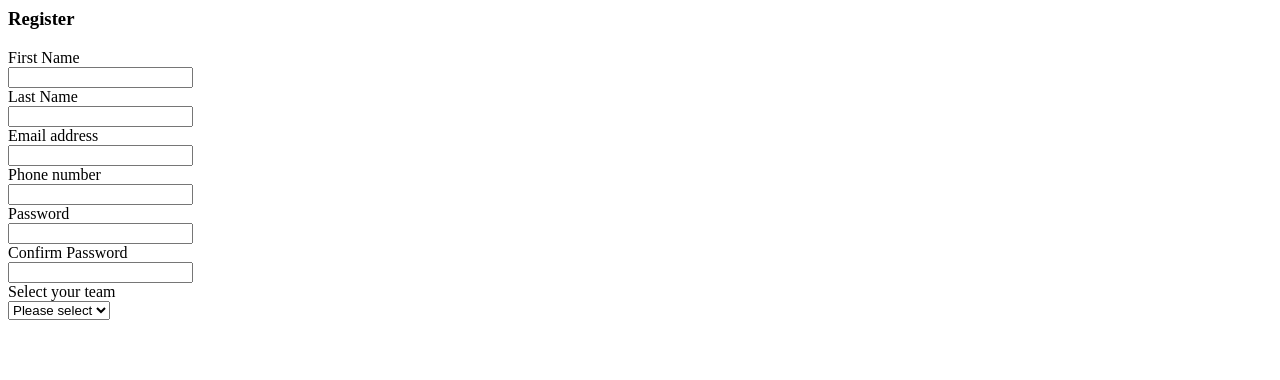
Repository: rahulravindran2709/TreasureHunt
Page: public/partials/registration-page.tmpl.html
The author's editor kept a record of every edit. The page is drawn from the files as they stood at one moment, then again after the next edit.
The browser window is 1280 px wide. The pictures show the whole page.

Above is the page before.

After the next edit:
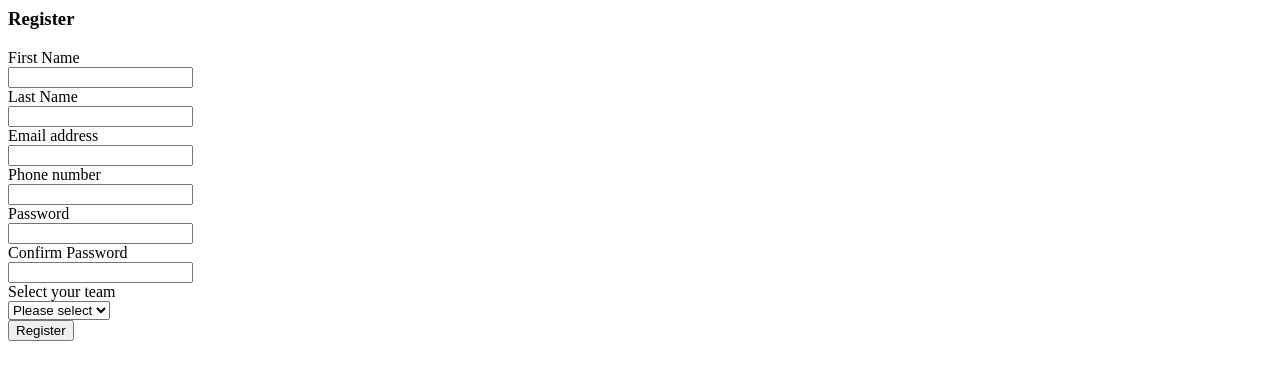
The edit:
--- a/public/partials/registration-page.tmpl.html
+++ b/public/partials/registration-page.tmpl.html
@@ -65,6 +65,11 @@
                     </select>
                     </div>
             </div>
+            <div class="form-group">
+
+                    <div class="col-xs-12 col-sm-12 col-md-3 col-lg-3"> <button class="btn btn-primary btn-block">Register</button>
+                    </div>
+            </div>
         </form>
         </div>
         </div>
